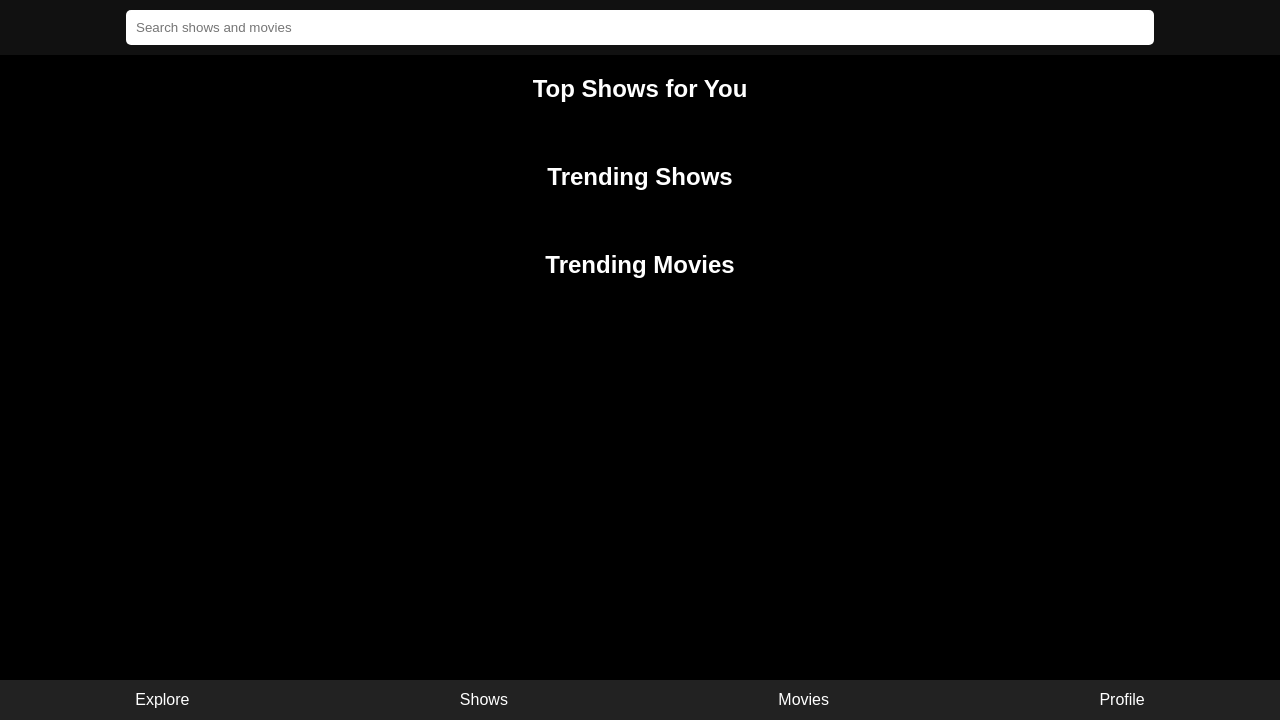
Repository: carson-jenkins-5/tracktv
Page: tracktv/frontend/index.html
These files come from the project's save history. The page is drawn as it stood at one moment and after the next save; the edit follows.
The browser window is 1280 px wide. The pictures show the whole page.
The page's requests for data from a server got no answer.

Above is the page before, as saved 2025-03-02 00:07:53.

### tracktv/frontend/index.html
<!DOCTYPE html>
<html lang="en">
<head>
    <meta charset="UTF-8">
    <meta name="viewport" content="width=device-width, initial-scale=1.0">
    <title>TrackTV</title>
    <link rel="stylesheet" href="styles.css">
</head>
<body>

    <!-- Search Bar -->
    <div id="search-container">
        <form id="search-form">
            <input type="text" id="search-input" placeholder="Search shows and movies">
        </form>
    </div>

    <!-- Explore Section -->
    <h2>Top Shows for You</h2>
    <div id="top-shows" class="carousel"></div>

    <h2>Trending Shows</h2>
    <div id="trending-shows" class="carousel"></div>

    <h2>Trending Movies</h2>
    <div id="trending-movies" class="carousel"></div>

    <!-- Navigation Bar -->
    <div id="navbar">
        <button data-page="explore">Explore</button>
        <button data-page="shows">Shows</button>
        <button data-page="movies">Movies</button>
        <button data-page="profile">Profile</button>
    </div>

    <script src="api.js"></script>
    <script src="script.js"></script>
</body>
</html>

### tracktv/frontend/styles.css
body {
    font-family: Arial, sans-serif;
    background-color: black;
    color: white;
    margin: 0;
    padding: 0;
    text-align: center;
}

/* Search Bar */
#search-container {
    padding: 10px;
    background-color: #111;
}

#search-input {
    width: 80%;
    padding: 10px;
    border: none;
    border-radius: 5px;
}

/* SEARCH RESULTS PAGE */
#search-results {
    width: 90%;
    background-color: #000;
    margin: 10px auto;
    border-radius: 8px;
    overflow-y: auto;
    padding: 10px;
}

.search-item {
    display: flex;
    align-items: center;
    padding: 12px;
    border-bottom: 1px solid rgba(255, 255, 255, 0.3);
}

.search-item img {
    width: 60px;
    height: 90px;
    border-radius: 5px;
    margin-right: 15px;
}

.search-info {
    flex-grow: 1;
}

.search-title {
    color: white;
    font-size: 16px;
    font-weight: bold;
    margin: 0;
}

.search-subtitle {
    color: rgba(255, 255, 255, 0.6);
    font-size: 14px;
    margin: 3px 0;
}

.add-button {
    background-color: #008CDA;
    color: white;
    border: none;
    font-size: 18px;
    font-weight: bold;
    width: 36px;
    height: 36px;
    border-radius: 50%;
    cursor: pointer;
    display: flex;
    align-items: center;
    justify-content: center;
}

/* Carousels */
.carousel {
    display: flex;
    overflow-x: auto;
    gap: 10px;
    padding: 10px;
}

/* Navbar */
#navbar {
    position: fixed;
    bottom: 0;
    width: 100%;
    background-color: #222;
    display: flex;
    justify-content: space-around;
    padding: 10px 0;
}

#navbar button {
    background: none;
    border: none;
    color: white;
    font-size: 16px;
    cursor: pointer;
}

### tracktv/frontend/api.js
const API_KEY = "68d6cd9baadb236523ec6497d0e352a5";
const BASE_URL = "https://api.themoviedb.org/3";

// Fetch trending TV shows
async function fetchTrendingShows() {
    const response = await fetch(`${BASE_URL}/tv/popular?api_key=${API_KEY}`);
    const data = await response.json();
    return data.results;
}

// Fetch trending movies
async function fetchTrendingMovies() {
    const response = await fetch(`${BASE_URL}/movie/popular?api_key=${API_KEY}`);
    const data = await response.json();
    return data.results;
}

// Search movies/shows
async function searchMovies(query) {
    const response = await fetch(`${BASE_URL}/search/multi?api_key=${API_KEY}&query=${query}`);
    const data = await response.json();
    return data.results;
}

### tracktv/frontend/script.js
document.addEventListener("DOMContentLoaded", async function () {
  const topShowsContainer = document.getElementById("top-shows");
  const trendingShowsContainer = document.getElementById("trending-shows");
  const trendingMoviesContainer = document.getElementById("trending-movies");

  // Load trending shows
  const trendingShows = await fetchTrendingShows();
  trendingShows.forEach(show => {
      const img = document.createElement("img");
      img.src = `https://image.tmdb.org/t/p/w200${show.poster_path}`;
      img.alt = show.name;
      topShowsContainer.appendChild(img);
  });

  // Load trending movies
  const trendingMovies = await fetchTrendingMovies();
  trendingMovies.forEach(movie => {
      const img = document.createElement("img");
      img.src = `https://image.tmdb.org/t/p/w200${movie.poster_path}`;
      img.alt = movie.title;
      trendingMoviesContainer.appendChild(img);
  });

  document.getElementById("search-form").addEventListener("submit", function (e) {
    e.preventDefault();
    const query = document.getElementById("search-input").value.trim();
        if (query.length > 0) {
            window.location.href = `search.html?q=${encodeURIComponent(query)}`;
        }
    });

  // Navigation
  document.getElementById("navbar").addEventListener("click", function (e) {
      if (e.target.tagName === "BUTTON") {
          alert(`Switching to ${e.target.getAttribute("data-page")} page!`);
      }
  });
});

After the next save:
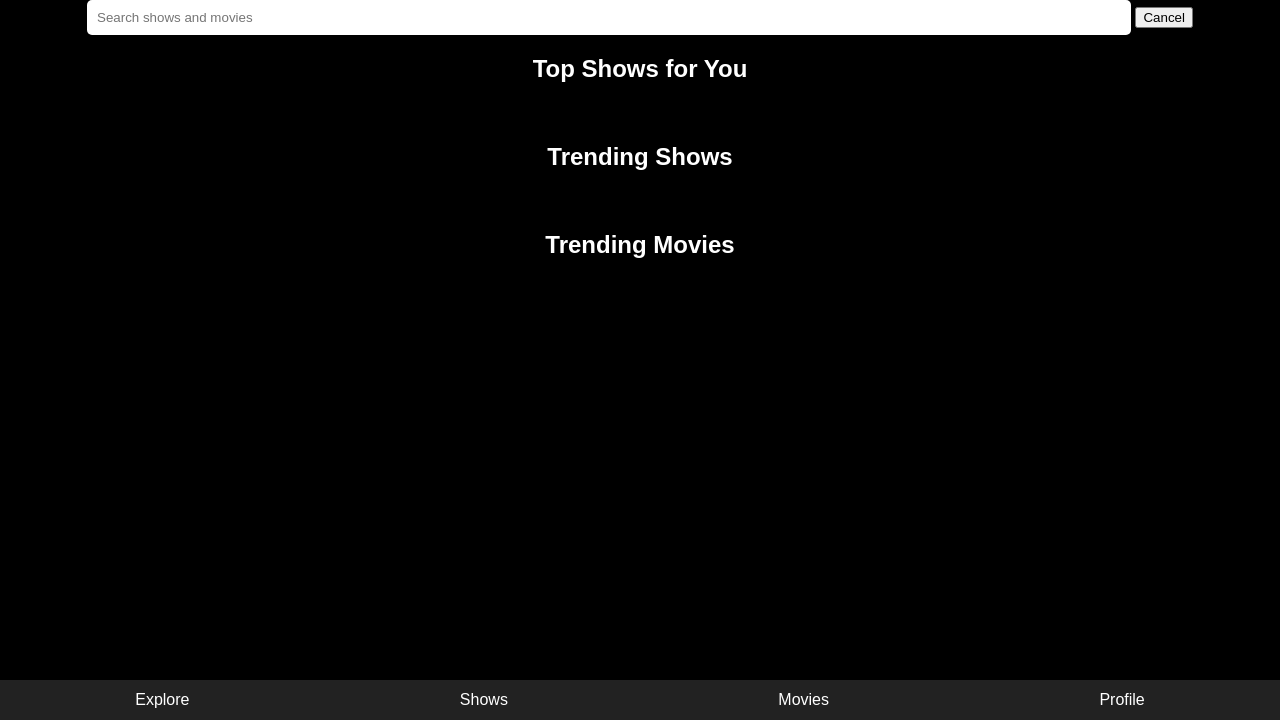
Saved 5 min 8 s later.
--- a/tracktv/frontend/index.html
+++ b/tracktv/frontend/index.html
@@ -9,9 +9,10 @@
 <body>
 
     <!-- Search Bar -->
-    <div id="search-container">
+    <div class="search-bar-container">
         <form id="search-form">
             <input type="text" id="search-input" placeholder="Search shows and movies">
+            <button type="button" id="cancel-btn">Cancel</button>
         </form>
     </div>
 
